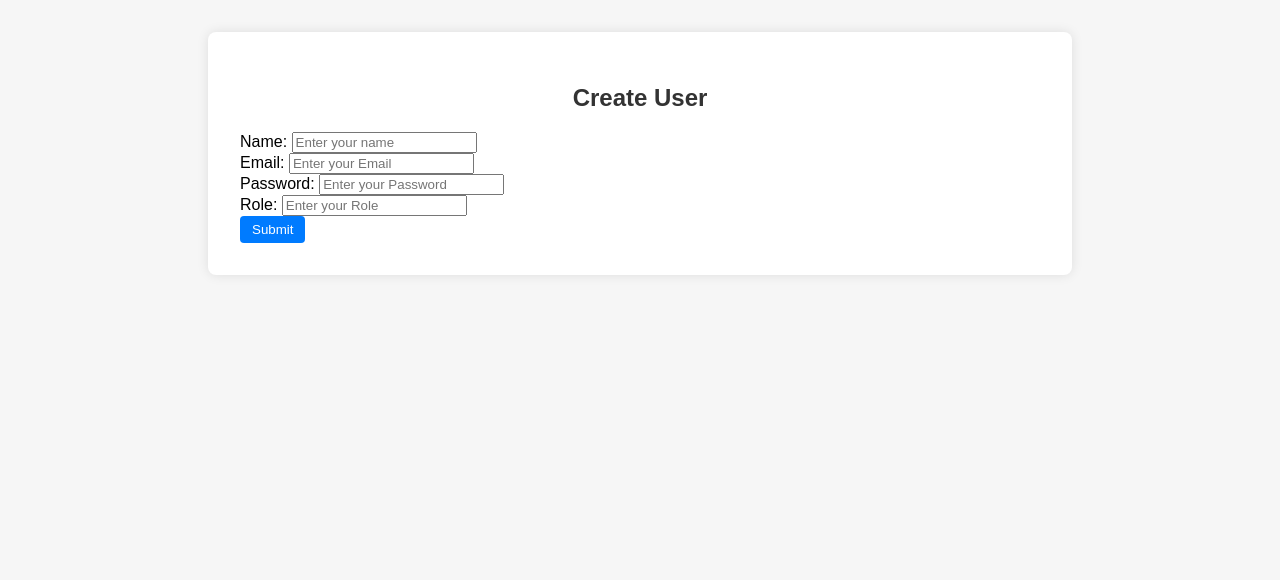
Repository: bharathabhi46/SkillSync-FrontEnd
Page: /CreateUser
The author's editor kept a copy of each file at every save. The page is drawn from the files as they stood at one save, then again after the next save.
The browser window is 1280 px wide. The pictures show the whole page.
The project was rebuilt for these pictures with package versions that can differ from the ones it lists, and the page was loaded fresh each time. Also part of the build but not shown: vite.config.js, src/Components/UserList/UserList.jsx, src/Components/EditUser/EditUser.jsx.

Above is the page before, as saved 2025-06-24 17:20:59.

### src/main.jsx
import { StrictMode } from "react";
import { createRoot } from "react-dom/client";
import { BrowserRouter } from "react-router-dom";
import App from "./App.jsx";

createRoot(document.getElementById("root")).render(
  <BrowserRouter>
    <App />
  </BrowserRouter>
);

### src/App.jsx
import React from "react";
import CreateUser from "./Components/CreateUser/CreateUser";
import UserList from "./Components/UserList/UserList";
import EditUser from "./Components/EditUser/EditUser";
import { Route, Routes } from "react-router-dom";
import "./App.css";
const App = () => {
  return (
    <>
      <Routes>
        <Route path="/UserList" element={<UserList />} />
        <Route path="/EditUser/:id" element={<EditUser />} />
        <Route path="/CreateUser" element={<CreateUser />} />
      </Routes>
    </>
  );
};

export default App;

### src/Components/CreateUser/CreateUser.jsx
import React, { useState } from "react";
const CreateUser = () => {
  let url = "http://localhost:8080/api/users";
  let [formData, setFormData] = useState({
    name: "",
    email: "",
    password: "",
    role: "",
  });
  function handleOnChange(e) {
    setFormData((prevData) => ({
      ...prevData,
      [e.target.name]: e.target.value,
    }));
  }
  async function handleSubmit(e) {
    e.preventDefault();
    try {
      let res = await fetch(url, {
        method: "POST",
        headers: {
          "Content-Type": "application/json",
        },
        body: JSON.stringify(formData),
      });
      console.log(res);
      if (res.ok) {
        alert("User Created Successfully");
        setFormData({ name: "", email: "", password: "", role: "" });
      } else {
        alert("Failed to Create the User");
      }
    } catch (error) {
      console.error("Error", error);
    }
  }
  return (
    <div className="container">
      <h2>Create User</h2>
      <form onSubmit={handleSubmit}>
        <label>Name: </label>
        <input
          type="text"
          name="name"
          id="name"
          value={formData.name}
          onChange={handleOnChange}
          placeholder="Enter your name"
        />
        <br />
        <label>Email: </label>
        <input
          type="email"
          name="email"
          id="email"
          value={formData.email}
          onChange={handleOnChange}
          placeholder="Enter your Email"
        />
        <br />
        <label>Password: </label>

        <input
          type="password"
          name="password"
          id="password"
          value={formData.password}
          onChange={handleOnChange}
          placeholder="Enter your Password"
        />
        <br />
        <label>Role: </label>
        <input
          type="text"
          name="role"
          id="role"
          value={formData.role}
          onChange={handleOnChange}
          placeholder="Enter your Role"
        />
        <br />
        <button type="submit">Submit</button>
      </form>
    </div>
  );
};

export default CreateUser;

### src/App.css
/* App.css */
body {
  font-family: Arial, sans-serif;
  background: #f6f6f6;
  margin: 0;
  padding: 0;
}

.container {
  width: 90%;
  max-width: 800px;
  margin: 2rem auto;
  background: #fff;
  padding: 2rem;
  border-radius: 8px;
  box-shadow: 0 0 12px rgba(0, 0, 0, 0.1);
}

h2 {
  text-align: center;
  color: #333;
}

button {
  background: #007bff;
  color: white;
  padding: 6px 12px;
  border: none;
  border-radius: 4px;
  cursor: pointer;
  margin-right: 6px;
}

button:hover {
  background: #0056b3;
}

table {
  width: 100%;
  border-collapse: collapse;
  margin-top: 1rem;
}

th,
td {
  padding: 10px;
  border: 1px solid #ccc;
  text-align: left;
}

Loaded but not shown: index.html (common file)

After the next save:
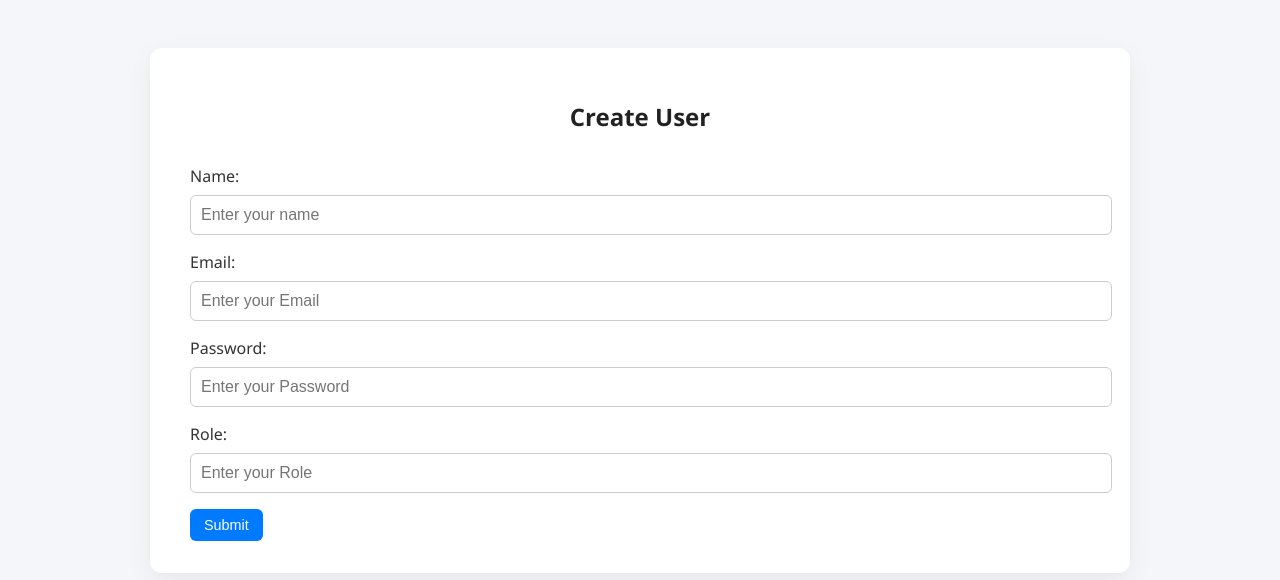
Saved 3 min 37 s later.
--- a/src/App.css
+++ b/src/App.css
@@ -1,49 +1,79 @@
 /* App.css */
+
 body {
-  font-family: Arial, sans-serif;
-  background: #f6f6f6;
+  font-family: "Segoe UI", Roboto, sans-serif;
+  background: #f4f6f9;
   margin: 0;
   padding: 0;
+  color: #333;
 }
 
 .container {
   width: 90%;
-  max-width: 800px;
-  margin: 2rem auto;
-  background: #fff;
-  padding: 2rem;
-  border-radius: 8px;
-  box-shadow: 0 0 12px rgba(0, 0, 0, 0.1);
+  max-width: 900px;
+  margin: 3rem auto;
+  background: #ffffff;
+  padding: 2rem 2.5rem;
+  border-radius: 12px;
+  box-shadow: 0 8px 24px rgba(0, 0, 0, 0.06);
 }
 
 h2 {
   text-align: center;
-  color: #333;
+  margin-bottom: 2rem;
+  color: #222;
+}
+
+table {
+  width: 100%;
+  border-collapse: collapse;
+  margin-bottom: 2rem;
+  background-color: #fff;
+  border-radius: 8px;
+  overflow: hidden;
+}
+
+th {
+  background-color: #007bff;
+  color: white;
+  padding: 12px;
+  text-align: left;
+}
+
+td {
+  padding: 12px;
+  border-bottom: 1px solid #eaeaea;
+}
+
+tr:hover {
+  background-color: #f1f1f1;
 }
 
 button {
   background: #007bff;
   color: white;
-  padding: 6px 12px;
+  padding: 8px 14px;
   border: none;
-  border-radius: 4px;
+  border-radius: 6px;
   cursor: pointer;
-  margin-right: 6px;
+  font-size: 0.9rem;
 }
 
 button:hover {
   background: #0056b3;
 }
 
-table {
+input {
   width: 100%;
-  border-collapse: collapse;
-  margin-top: 1rem;
+  padding: 10px;
+  margin-bottom: 1rem;
+  border: 1px solid #ccc;
+  border-radius: 6px;
+  font-size: 1rem;
 }
 
-th,
-td {
-  padding: 10px;
-  border: 1px solid #ccc;
-  text-align: left;
+label {
+  display: block;
+  font-weight: 500;
+  margin-bottom: 0.5rem;
 }
